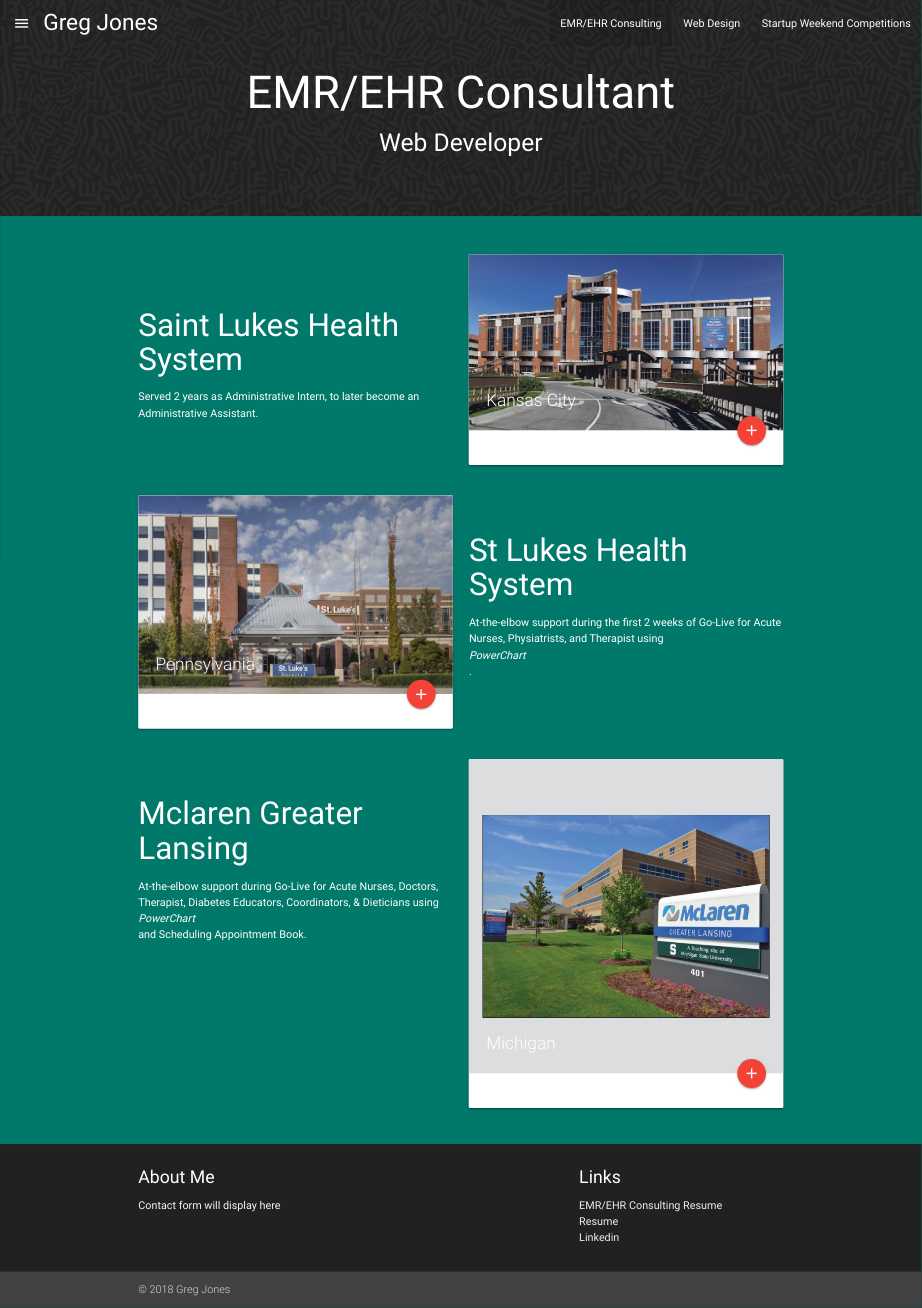
Repository: Greg919617/Existing-Portfolio
Page: index.html
The author's editor kept a copy of each file at every save. The page is drawn from the files as they stood at one save, then again after the next save.
The browser window is 1280 px wide. The pictures show the whole page, at 72% of full size.
Some web libraries are served in a nearby version.

Above is the page before, as saved 2018-06-26 21:32:28.

After the next save:
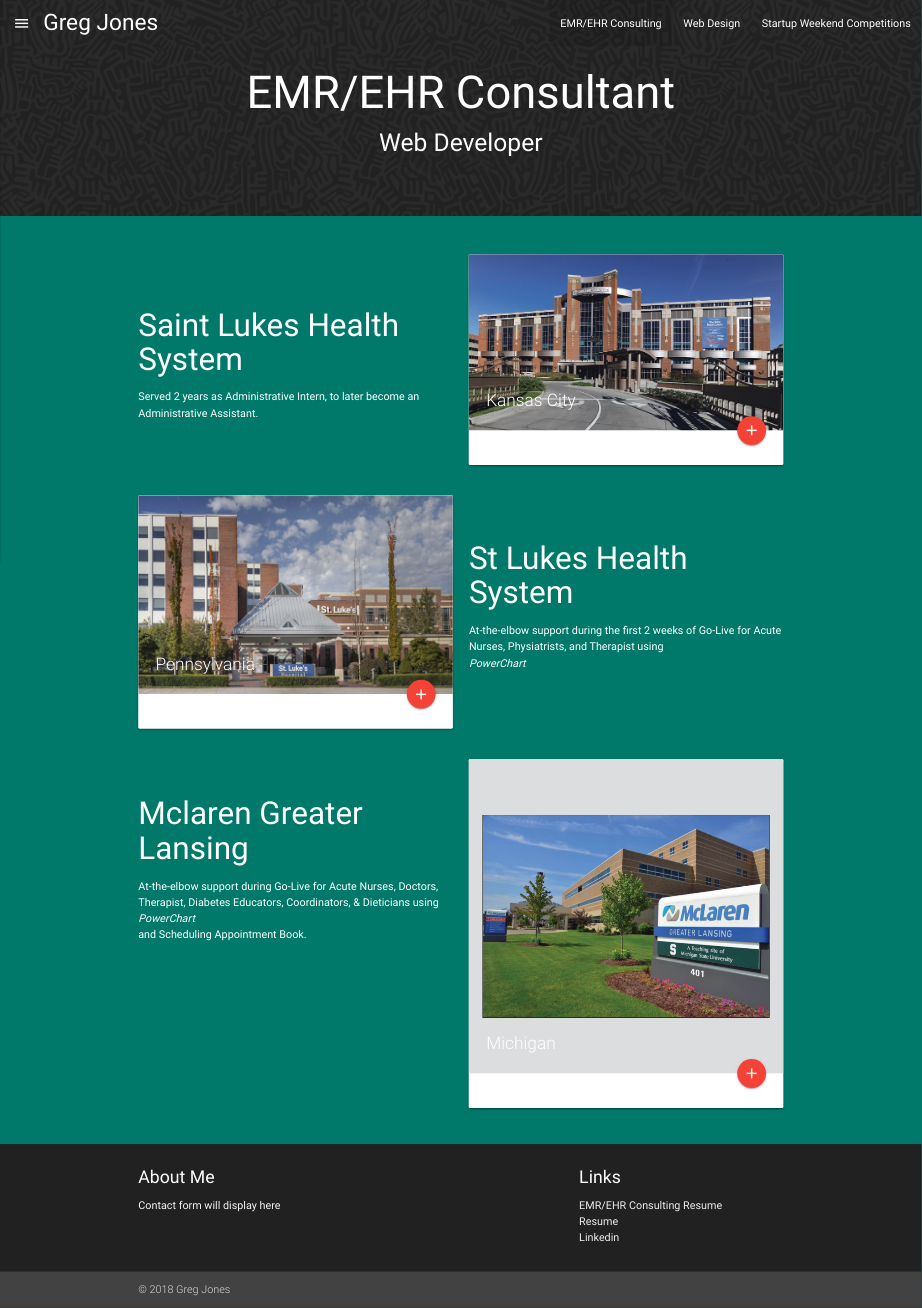
Saved 28 s later.
--- a/index.html
+++ b/index.html
@@ -108,7 +108,7 @@
         <div class="col m6 hide-on-small-only">
           <div class="img-content">
             <h3>St Lukes Health System</h3>
-            At-the-elbow support during the first 2 weeks of Go-Live for Acute Nurses, Physiatrists, and Therapist using <i>PowerChart</i>.
+            At-the-elbow support during the first 2 weeks of Go-Live for Acute Nurses, Physiatrists, and Therapist using <i>PowerChart</i>
           </div>
         </div>
       </div>
